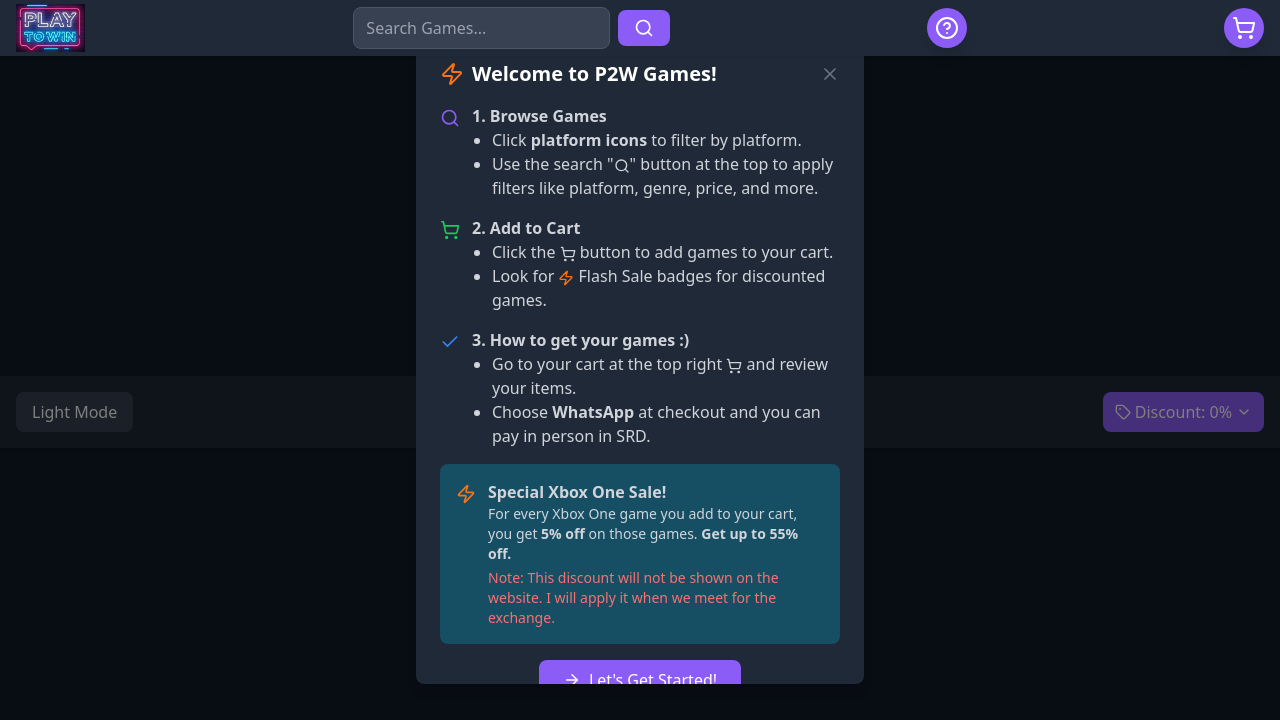
Repository: Play2Win777/P2W-Superbase
Page: /checkout
These files come from the project's save history. The page is drawn as it stood at one moment and after the next save; the edit follows.
The browser window is 1280 px wide. The pictures show the whole page.
The page's requests for data from a server got no answer. The project was rebuilt for these pictures with package versions that can differ from the ones it lists, and the page was loaded fresh each time. No one was signed in, and anything a server would have sent is missing. Also part of the build but not shown: vite.config.ts, src/components/Filters.tsx, src/components/GameCard.tsx, src/components/FlashSaleBadge.tsx, src/pages/GameDetails.tsx, src/pages/FlashSalePage.tsx, src/pages/IntroSalePage.tsx, src/components/Toast.tsx.

Above is the page before, as saved 2025-03-23 01:34:11.

After the next save:
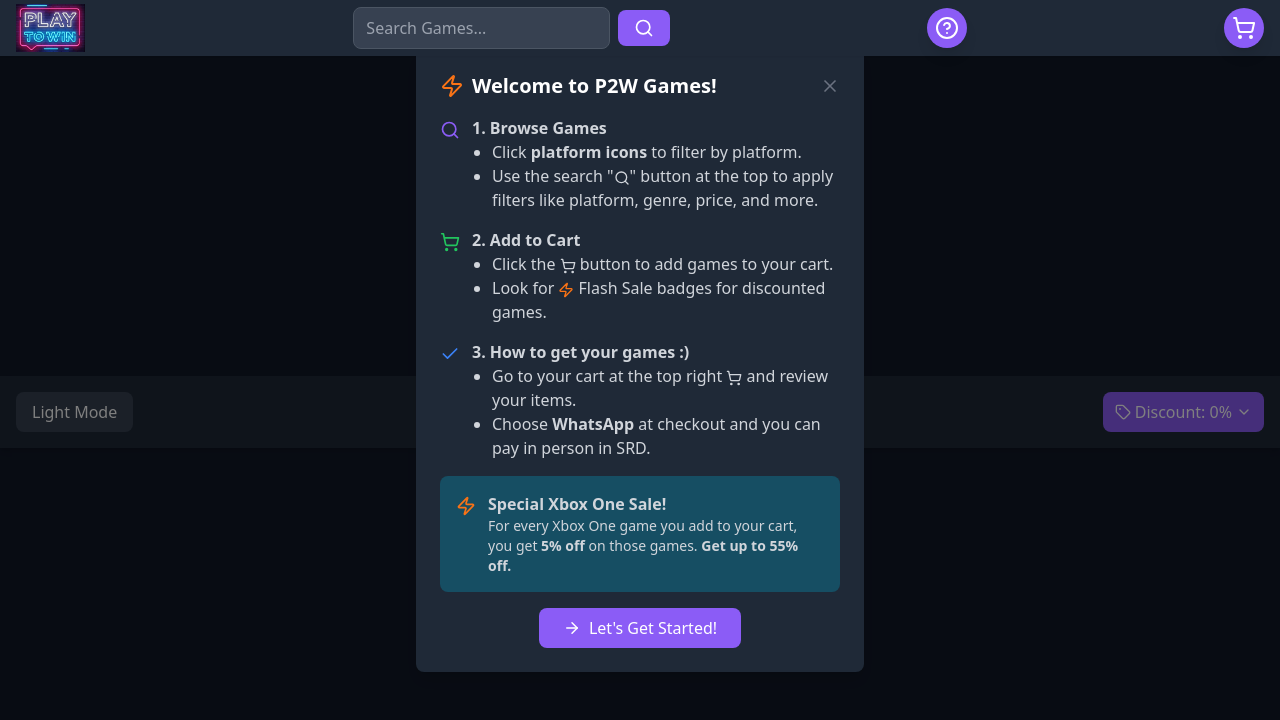
Saved 29 min 8 s later.
--- a/src/App.tsx
+++ b/src/App.tsx
@@ -14,15 +14,21 @@
 import { DiscountPopup } from './components/DiscountPopup';
 import { ThemeContext } from './context/ThemeContext';
 import { Toast } from './components/Toast';
-import { ExchangeRateProvider } from './context/ExchangeRateContext'; // Import the ExchangeRateProvider
+import { ExchangeRateProvider } from './context/ExchangeRateContext';
 
 // IntroModal Component
 const IntroModal = ({ isOpen, onClose }) => {
   if (!isOpen) return null;
 
   return (
-    <div className="fixed inset-0 bg-black/50 flex items-center justify-center p-4 z-50">
-      <div className="bg-white dark:bg-gray-800 p-6 rounded-lg max-w-md w-full max-h-[90vh] overflow-y-auto shadow-lg">
+    <div
+      className="fixed inset-0 bg-black/50 flex items-center justify-center p-4 z-50"
+      onClick={onClose} // Close modal when clicking outside
+    >
+      <div
+        className="bg-white dark:bg-gray-800 p-6 rounded-lg max-w-md w-full max-h-[90vh] overflow-y-auto shadow-lg transform transition-all duration-300 ease-out animate-fade-in-scale"
+        onClick={(e) => e.stopPropagation()} // Prevent clicks inside the modal from closing it
+      >
         {/* Modal Header */}
         <div className="flex justify-between items-center mb-4">
           <h2 className="text-xl font-bold dark:text-white flex items-center gap-2">
@@ -83,9 +89,6 @@
                 <p className="font-semibold">Special Xbox One Sale!</p>
                 <p className="text-sm">
                   For every Xbox One game you add to your cart, you get <strong>5% off</strong> on those games. <strong>Get up to 55% off.</strong>
-                  <span className="block mt-1 text-red-600 dark:text-red-400">
-                    Note: This discount will not be shown on the website. I will apply it when we meet for the exchange.
-                  </span>
                 </p>
               </div>
             </div>
@@ -255,7 +258,7 @@
 
   return (
     <ThemeContext.Provider value={themeValue}>
-      <ExchangeRateProvider> {/* Wrap the app with ExchangeRateProvider */}
+      <ExchangeRateProvider>
         <Router>
           <div className={`min-h-screen ${darkMode ? 'bg-gray-900' : 'bg-gray-50'}`}>
             {/* Intro Modal */}
@@ -297,7 +300,7 @@
                   </div>
 
                   <button
-                    onClick={() => setShowIntroModal(true)}
+                    onClick={() => setShowIntroModal((prev) => !prev)} // Toggle modal
                     className="p-2 bg-purple-500 text-white rounded-full hover:bg-purple-600 transition-colors shadow-lg relative group"
                   >
                     <HelpCircle size={24} />
